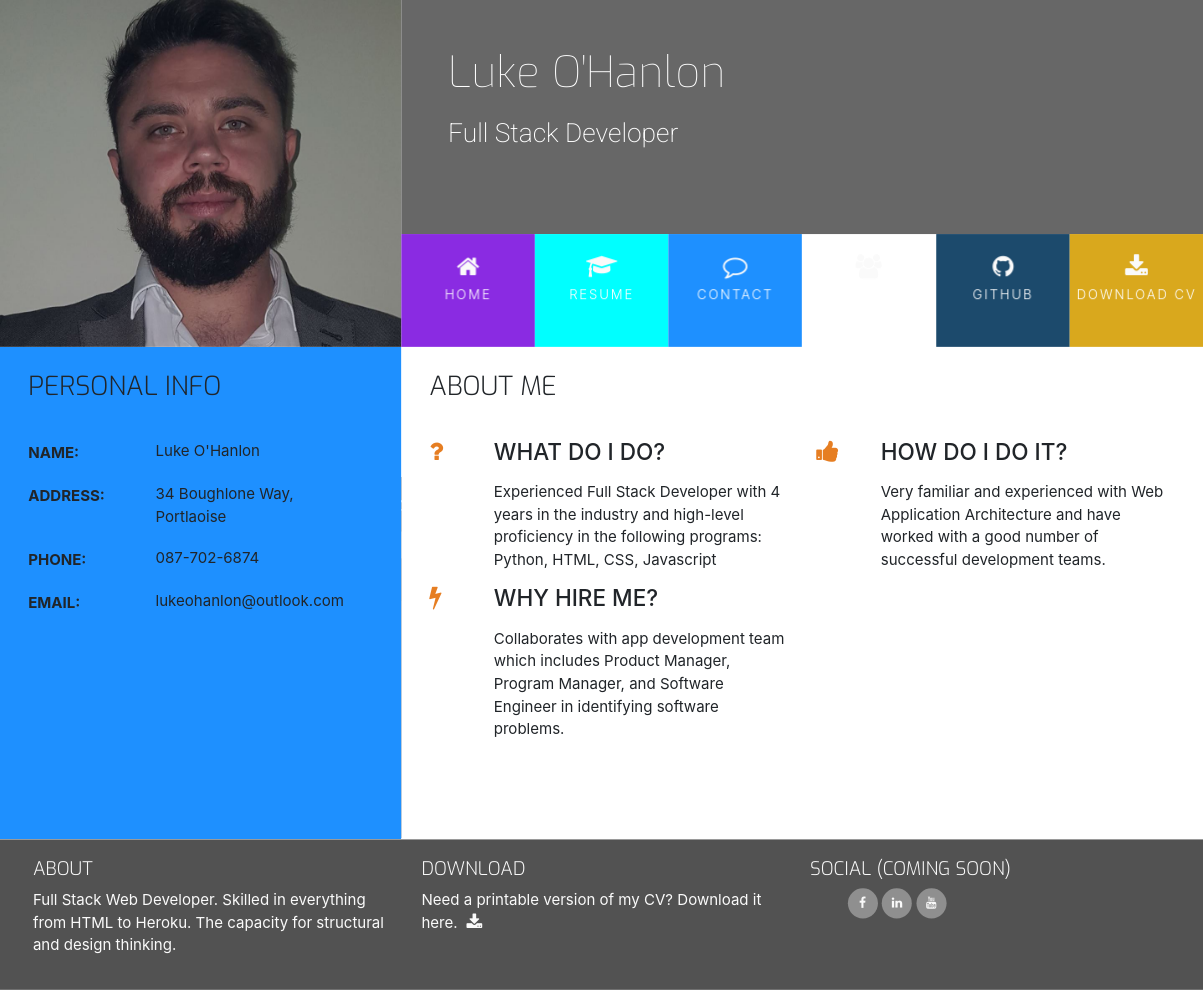
Repository: luke0han/my-resume
Page: index.html
The author's editor kept a record of every edit. The page is drawn from the files as they stood at one moment, then again after the next edit.
The browser window is 1280 px wide. The pictures show the whole page, at 94% of full size.

Above is the page before.

### index.html
<!DOCTYPE html>
<html lang="en">

<head>
    <meta charset="UTF-8">
    <meta name="viewport" content="width=device-width, initial-scale=1.0">
    <meta http-equiv="X-UA-Compatible" content="ie=edge">
    <link rel="stylesheet" href="https://stackpath.bootstrapcdn.com/bootstrap/4.3.1/css/bootstrap.min.css" type="text/css" />
    <link rel="stylesheet" href="https://stackpath.bootstrapcdn.com/font-awesome/4.7.0/css/font-awesome.min.css">
    <link href="https://fonts.googleapis.com/css?family=Lato:300,400&display=swap" rel="stylesheet">
    <link rel="stylesheet" href="https://cdnjs.cloudflare.com/ajax/libs/hover.css/2.3.1/css/hover-min.css" type="text/css" />
    <link rel="stylesheet" href="assets/css/style.css">
    <title>Luke O'Hanlon</title>
</head>

<body>
   <header>
        <div class="row no-gutters">
            <a class="col-md-4 logo" href="02-index.html"></a>
            <div class="col-md-8">
                <div class="row no-gutters bg-color-name-title">
                    <div class="col heading">
                        <h1 class="name">Luke O'Hanlon</h1>
                        <h2 class="title">Full Stack Developer</h2>
                    </div>
                </div>
                <div class="row no-gutters">
                    <div class="col">
                        <ul id="nav" class="list-inline menucontainer">
                            <li class="col-6 col-sm-2 ui-menu-color-home list-inline-item menuitem">
                                <a href="index.html" class="hvr-sweep-to-bottom"><i class="fa fa-home" aria-hidden="true"></i><span>Home</span></a>
                            </li>
                            <li class="col-6 col-sm-2 ui-menu-color-resume list-inline-item menuitem">
                                <a href="resume.html" class="hvr-sweep-to-bottom"><i class="fa fa-graduation-cap" aria-hidden="true"></i><span>Resume</span></a>
                            </li>
                            <li class="col-6 col-sm-2 ui-menu-color-contact list-inline-item menuitem">
                                <a href="contact.html" class="hvr-sweep-to-bottom"><i class="fa fa-comment-o" aria-hidden="true"></i><span>Contact</span></a>
                            </li>
                            <li class="col-6 col-sm-2 ui-menu-color-interests list-inline-item menuitem">
                                <a href="interests.html" class="hvr-sweep-to-bottom"><i class="fa fa-users" aria-hidden="true"></i><span>Interests</span></a>
                            </li>
                            <li class="col-6 col-sm-2 ui-menu-color-github list-inline-item menuitem">
                                <a href="github.html" class="hvr-sweep-to-bottom"><i class="fa fa-github" aria-hidden="true"></i><span>GitHub</span></a>
                            </li>
                            <li class="col-6 col-sm-2 ui-menu-color-download list-inline-item menuitem">
                                <a href="assets/cv/Luke O'Hanlon.pdf" target="_blank" class="hvr-sweep-to-bottom"><i class="fa fa-download" aria-hidden="true"></i><span>Download CV</span></a>
                            </li>
                        </ul>
                    </div>
                </div>
                </div>
            </div>
        </div>
    </header>

    <section class="container-fluid">
        <div class="row">
            <div class="col-md-4 bg-color-personal-info section-column">
                <div class="row">
                    <div class="col-12">
                        <h3 class="section-heading uppercase">Personal Info</h3>
                    </div>
                </div>
                <div class="personal-info-item">
                    <div class="key">
                        <p class="uppercase">
                            Name:
                        </p>
                    </div>
                    <div class="value">
                        <p>
                            Luke O'Hanlon
                        </p>

                    </div>
                </div>
                <div class="personal-info-item">
                    <div class="key">
                        <p class="uppercase">
                            Address:
                        </p>
                    </div>
                    <div class="value">
                        <p>
                            34 Boughlone Way, Portlaoise
                        </p>
                    </div>
                </div>
                <div class="personal-info-item">
                    <div class="key">
                        <p class="uppercase">
                            Phone:
                        </p>
                    </div>
                    <div class="value">
                        <p>
                            087-702-6874
                        </p>
                    </div>
                </div>
                <div class="personal-info-item">
                    <div class="key">
                        <p class="uppercase">
                            Email:
                        </p>
                    </div>
                    <div class="value">
                        <p>
                            lukeohanlon@outlook.com <br><br><br><br><br><br><br><br><br>
                        </p>
                    </div>
                </div>
            </div>
            <div class="col-md-8 bg-color-three-reasons section-column">
                <div class="row">
                    <div class="col">
                        <h3 class="section-heading uppercase">About me</h3>
                    </div>
                </div>
                <div class="row">
                    <div class="col-10 offset-1 offset-sm-0 col-sm-4 col-md-6">
                        <div class="row">
                            <div class="col-2">
                                <i class="three-reasons-icon fa fa-question" aria-hidden="true"></i>
                            </div>
                            <div class="col-10">
                                <h4 class="three-reasons-heading uppercase">What do I do?</h4>
                                <p>Experienced Full Stack Developer with 4 years in the industry and high-level proficiency in the following programs: Python, HTML, CSS, Javascript</p>
                            </div>
                        </div>
                    </div>
                    <div class="col-10 offset-1 offset-sm-0 col-sm-4 col-md-6">
                        <div class="row">
                            <div class="col-2">
                                <i class="three-reasons-icon fa fa-thumbs-up" aria-hidden="true"></i>
                            </div>
                            <div class="col-10">
                                <h4 class="three-reasons-heading uppercase">How do I do it?</h4>
                                <p>Very familiar and experienced with Web Application Architecture and have worked with a good number of successful development teams.</p>
                            </div>

                        </div>
                    </div>
                    <div class="col-10 offset-1 offset-sm-0 col-sm-4 col-md-6">
                        <div class="row">
                            <div class="col-2">
                                <i class="three-reasons-icon fa fa-bolt" aria-hidden="true"></i>
                            </div>
                            <div class="col-10">
                                <h4 class="three-reasons-heading uppercase">Why hire me?</h4>
                                <p>Collaborates with app development team which includes Product Manager, Program Manager, and Software Engineer in identifying software problems.</p>
                            </div>

                        </div>
                    </div>
                </div>
            </div>
        </div>

    </section>
    <footer class="container-fluid">
        <div id="footer-details" class="row">
            <div class="col-sm-4">
                <h5 class="uppercase general-sub">About</h5>
                <p class="inline-block">
                    Full Stack Web Developer. Skilled in everything from HTML to Heroku. The capacity for structural and design thinking.
                </p>
            </div>
            <div class="col-sm-4">
                <h5 class="uppercase general-sub">Download</h5>
                <p class="inline-block">
                    Need a printable version of my CV? Download it here.
                    <a href="assets/cv/Luke O'Hanlon.pdf" target="_blank" class="cv-pdf">
                        <i class="fa fa-download" aria-hidden="true"></i>
                        <span class="sr-only">Download link.</span>
                    </a>
                </p>
            </div>
            <div class="col-sm-4">
                <h5 class="uppercase general-sub">Social (Coming Soon)</h5>
                <ul class="list-inline-block social-links">
                    <li class="list-inline-item">
                        <a target="_blank" href="#">
                            <i class="fa fa-facebook" aria-hidden="true"></i>
                            <span class="sr-only">Facebook.</span>
                        </a>
                    </li>
                    <li class="list-inline-item">
                        <a target="_blank" href="#">
                            <i class="fa fa-linkedin" aria-hidden="true"></i>
                            <span class="sr-only">Linkedin.</span>
                        </a>
                    </li>
                    <li class="list-inline-item">
                        <a target="_blank" href="#">
                            <i class="fa fa-youtube" aria-hidden="true"></i>
                            <span class="sr-only">YouTube.</span>
                        </a>
                    </li>
                </ul>
            </div>
        </div>
    </footer>
</body>

</html>

### assets/css/style.css
@import url('https://fonts.googleapis.com/css?family=Lato:300,400|Roboto:100,200,300,400,500,600,700|Exo:100,200,300,400,500,600,700');
/*****************************************COLORS***************************************/

.bg-color-name-title {
    background-color: #676767;
}

.bg-color-three-reasons{
    background-color: #fff;
}
.ui-menu-color-home {
    background-color: #8A2BE2;
}

.ui-menu-color-resume {
    background-color: #00FFFF;
}

.ui-menu-color-contact {
    background-color: #1E90FF;
}

.ui-menu-color-download {
    background-color: #9932CC;
}

.bg-color-personal-info {
    background-color: #1E90FF;
}

.bg-color-work-history {
    background-color: #7B68EE;
}

.ui-menu-color-download {
    background-color: #d9a81d;
}


.ui-menu-color-github {
    background-color: #1c4a6c;
}

/*****************************************Special paddings/margins/text***************************************/

h1,
h2,
h3,
h4 {
    margin: 0;
}

.uppercase {
    text-transform: uppercase;
}

.general-sub {
    font-family: "Exo", sans-serif;
    font-weight: 300;
    color: #fafafa;
}

.inline-block {
    display: inline-block;
}

.row-table {
    display: table;
}

.section-column {
    display: table-cell;
    padding: 0 30px 30px;
    float: none;
}
.history-heading,
.section-heading {
    font-family: "Exo", sans-serif;
    font-weight: 300;
    margin-top:25px;
    margin-bottom: 40px;
}

/*****************************************HEADING***************************************/

header {
    margin: 0;
}

.heading {
    margin-left: 50px;
}

.logo {
    background: url("../images/luke.jpg");
    background-position: center;
    background-repeat: no-repeat;
    background-size: cover;
    min-height: 360px;
    transition: all .5s ease-in-out;
    -moz-transition: all .5s ease-in-out;
    -webkit-transition: all .5s ease-in-out;
}

.name {
    font-family: "Exo", sans-serif;
    font-weight: 100;
    font-size: 46px;
    margin-top: 50px;
    color: #fff;
}

.title {
    font-family: "Roboto", sans-serif;
    font-weight: 200;
    font-size: 28px;
    margin-top: 20px;
    margin-bottom: 90px;
    color: #fff;
}

.list-inline-item:not(:last-child) {
    margin: 0;
}

.menucontainer {
    font-size: 0;
}

#nav {
    margin: 0;
}

#nav li {
    font-size: 14px;
    padding: 0;
}

.menuitem {
    height: 120px;
    text-align: center;
    padding: 0;
}

.menuitem a {
    width: 100%;
    text-decoration: none;
    color: #fff;
    height: 120px;
}

.menuitem a i {
    padding-top: 22px;
    display: block;
    color: #fafafa;
    font-size: 26px;
}

.menuitem span {
    display: block;
    width: 100%;
    padding-top: 5px;
    text-align: center;
    text-transform: uppercase;
    font-size: 14px;
    font-weight: 300;
    letter-spacing: 2px;
}

/*****************************************HOVER.CSS***************************************/

.hvr-sweep-to-bottom:before {
    background: rgba(0, 0, 0, 0.2);
    height: 120px;
}

/*****************************************Footer***************************************/

footer {
    background-color: #525252;
    color: #fafafa;
    min-height: 120px;
    margin: 0;
}

.cv-pdf i {
    font-size: 18px;
    color:#fafafa;
    text-align: center;
    padding-left: 5px;
    transition: all 0.35s ease-in-out;
    -moz-transition: all 0.35s ease-in-out;
    -webkit-transition: all 0.35s ease-in-out;
    -o-transition: all 0.35s ease-in-out;
}

.cv-pdf i:hover {
    color: #e84610;
}

.social-links {
    padding-bottom: 15px;
}

.social-links li a i {
    width: 32px;
    height: 32px;
    padding: 12px 0;
    border-radius: 50%;
    font-size: 13px;
    line-height: 7px;
    text-align: center;
    color:#fafafa;
    background: #8f8f8f;
    transition: all 0.35s ease-in-out;
    -moz-transition: all 0.35s ease-in-out;
    -webkit-transition: all 0.35s ease-in-out;
    -o-transition: all 0.35s ease-in-out;
}

.social-links li a i:hover {
    background-color: #e84610;
}

#footer-details {
    padding: 20px;
}

/*****************************************Three Reasons***************************************/

.three-reasons-icon {
    font-size:26px;
    color:#e67e22;
}

.three-reasons-heading {
    margin-bottom: 15px;
}

/*****************************************Personal Info***************************************/

.personal-info-item {
    margin-bottom: 20px;
    display: block;
    clear: both;
}

.personal-info-item .key,
.personal-info-item .value {
    padding-right: 8px;
    display: inline-block;
}

.personal-info-item .key p,
.personal-info-item .value p {
    margin:0;
}

.personal-info-item .key {
    width:30%;
    margin-right: 21px;
    padding-top:2px;
    vertical-align: top;
}

.personal-info-item .key p {
    font-weight: 700;
}

.personal-info-item .value {
    position: relative;
    width:60%;
}

/*****************************************Skills***************************************/

.progress {
    position: relative;
    height: 25px;
    margin-bottom: 4px;
}

.progress-type {
    position: absolute;
    left: 0px;
    font-weight: 400;
    padding: 3px 30px 2px 10px;
    color: #fafafa;
    background-color: rgba(25, 25, 25, 0.2);
}

.progress-section {
    margin: 40px 20px;
}

/*****************************************Work History***************************************/

.history-heading {
    color: #fafafa;
    margin-bottom: 50px;
}

.timeline-item {
    padding: 4em 2em 0em 2em;
    position: relative;
    color: #fafafa;
    border-left: 1px solid;
}

.timeline-item p {
    padding: 0;
    margin: 0;
}

.timeline-item:before {
    content: attr(data-dates);
    position: absolute;
    left: 2.5em;
    top: 3em;
    display: block;
    font-family: "Exo", sans-serif;
    font-weight: 500;
    font-size: 0.8em;
    padding: 0;
    margin: 0;
}

.timeline-item:after {
    width: 12px;
    height: 12px;
    display: block;
    top: 2.4em;
    position: absolute;
    left: -6px;
    border-radius: 12px;
    content: '';
    background: #fafafa;
}

.history-items {
    margin-bottom: 30px;
}

/*****************************************Contact Form***************************************/

.contact-heading {
    font-family: "Exo", sans-serif;
    font-weight: 300;
    margin-top: 25px;
    margin-bottom: 20px;
}

.center-form {
    padding-top: 10px;
    margin: 0 auto;
    max-width: 70%;
}

button[type="submit"] {
    margin-top: 15px;
    margin-bottom: 20px;
    color: #fafafa;
    background-color: #e84610;
}

#map {min-height: 360px;}

/*****************************************Media Queries***************************************/

@media(min-width: 992px) {
    .center-form {
        padding-top: 30px;
        min-height: 240px;
        margin: 0 auto;
        max-width: 50%;
    }
}

After the next edit:
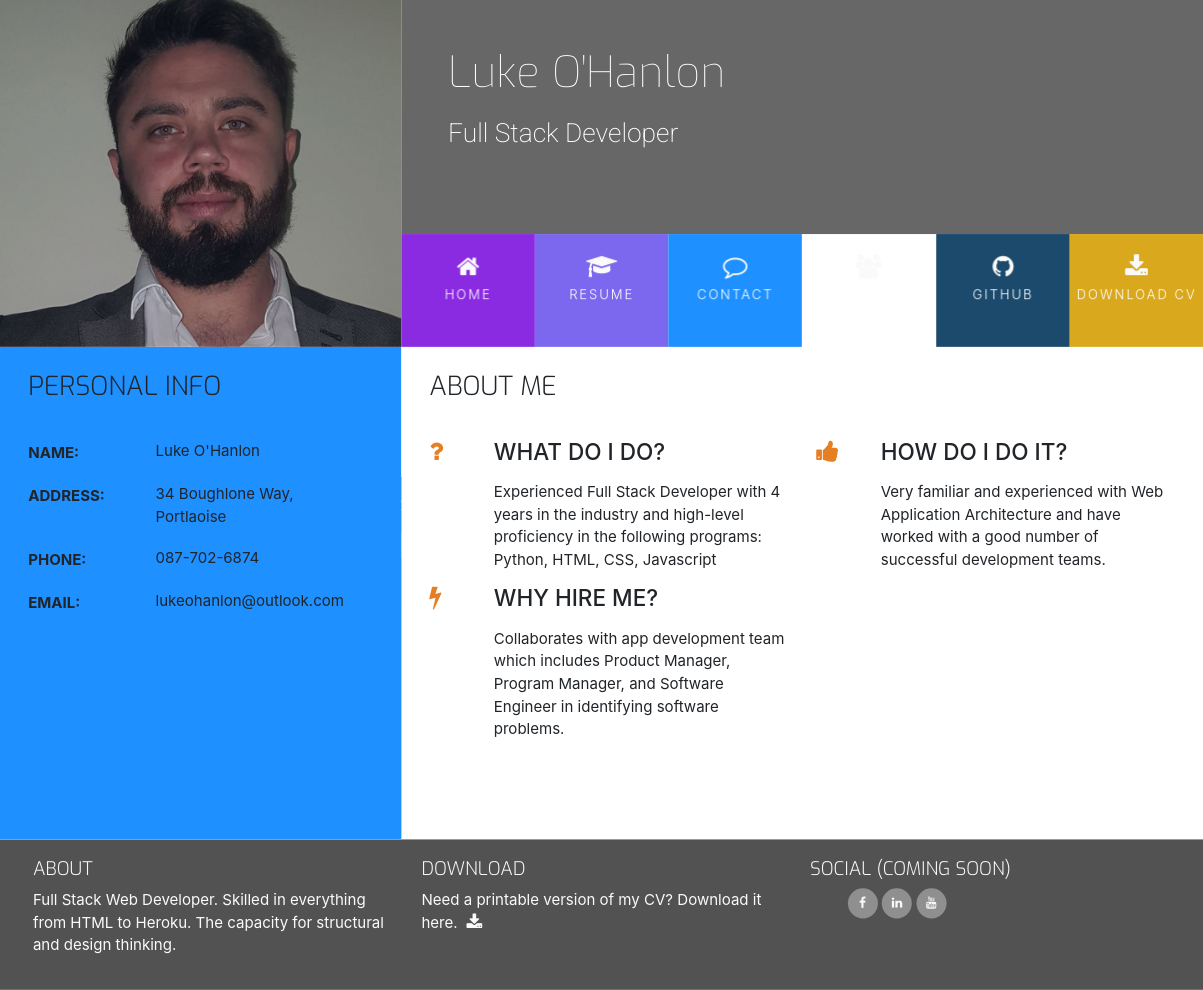
The edit:
--- a/assets/css/style.css
+++ b/assets/css/style.css
@@ -13,7 +13,7 @@
 }
 
 .ui-menu-color-resume {
-    background-color: #00FFFF;
+    background-color: #7B68EE;
 }
 
 .ui-menu-color-contact {
